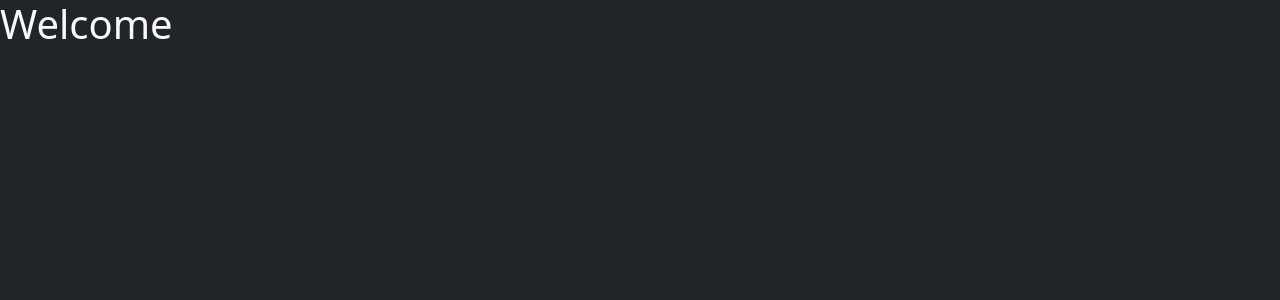
Repository: AvinashLikesToLearnNewStuff/VotingSite
Page: http://localhost/partials/dashboard.php
An editor plug-in stored every save of this project. The page is shown before and after the next save, followed by the edit.
The browser window is 1280 px wide. The pictures show the whole page.
The page is run by PHP 8.4 with error messages shown; the project is at /var/www/html/.

Above is the page before, as saved 2023-03-10 19:23:18.

After the next save:
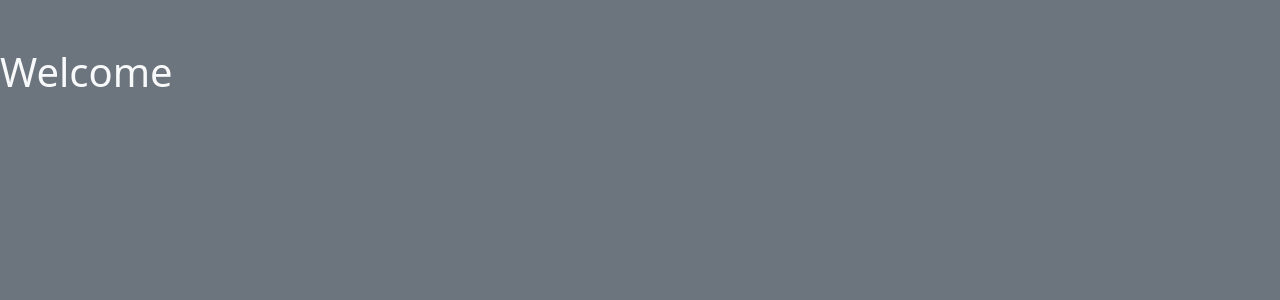
Saved 38 s later.
--- a/partials/dashboard.php
+++ b/partials/dashboard.php
@@ -10,7 +10,8 @@
 
 
 </head>
-<body class="bg-dark text-light">
+<body class="bg-secondary text-light">
+    <div class="contianer my-5"></div>
    <h1>Welcome</h1>
 </body>
 </html>
